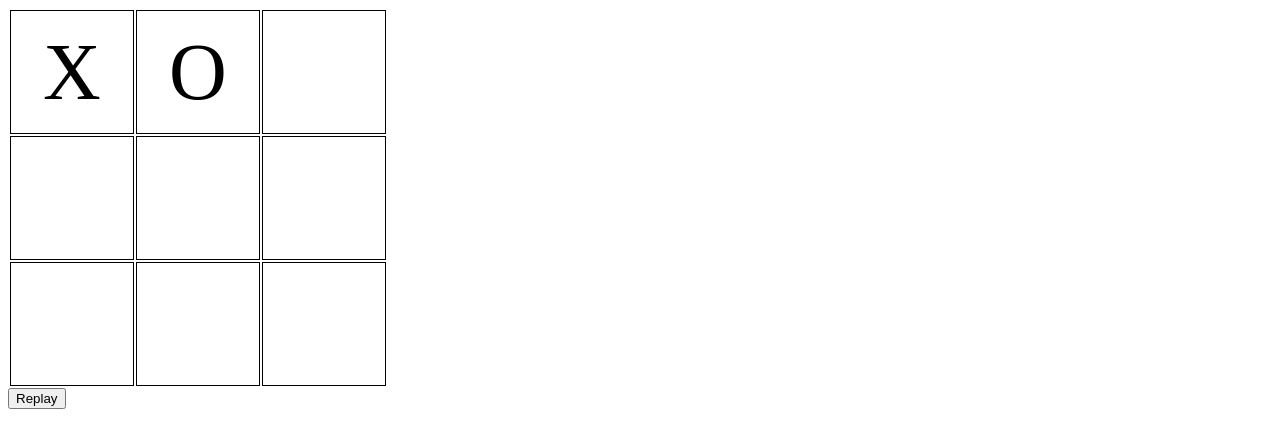
Repository: pifls/opd-projekty
Page: min-max/index.html
The author's editor kept a copy of each file at every save. The page is drawn from the files as they stood at one save, then again after the next save.
The browser window is 1280 px wide. The pictures show the whole page.
After loading, the first visible `#\30` was clicked once.

Above is the page before, as saved 2019-01-16 14:20:52.

After the next save:
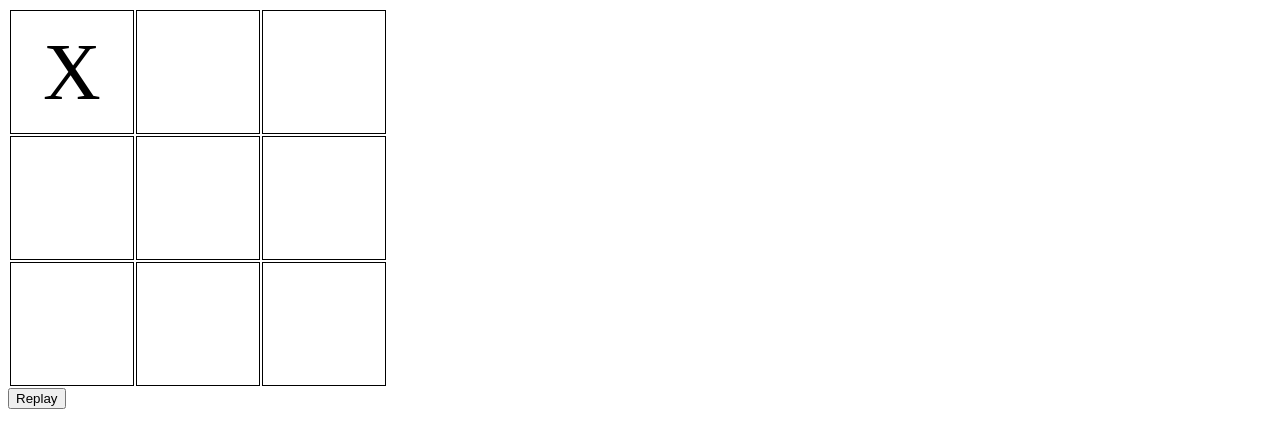
Console error: ReferenceError: check is not defined
Saved 30 s later.
--- a/min-max/min-max.js
+++ b/min-max/min-max.js
@@ -28,7 +28,7 @@
 function moveClick(cell) {
 	if (typeof mainBoard[cell.target.id] == 'number') {
 		move(cell.target.id, player)
-		if (!checkWin(mainBoard, player) && !checkDraw()) move(bestSpot(), computer);
+		if (!checkWin(mainBoard, player) && !check()) move(bestSpot(), computer);
 	}
 }
 
@@ -37,14 +37,14 @@
 	let plays = board.reduce((a, e, i) =>
 		(e === opponent) ? a.concat(i) : a, []);
 		//console.log(plays);
-	let win = null;
+	let gameWon = null;
 	for (let [index, win] of winners.entries()) {
 		if (win.every(elem => plays.indexOf(elem) > -1)) {
-			win = {index: index, opponent: opponent};
+			gameWon = {index: index, opponent: opponent};
 			break;
 		}
 	}
-	return win;
+	return gameWon;
 }
 
 function checkDraw() {

After the save that followed:
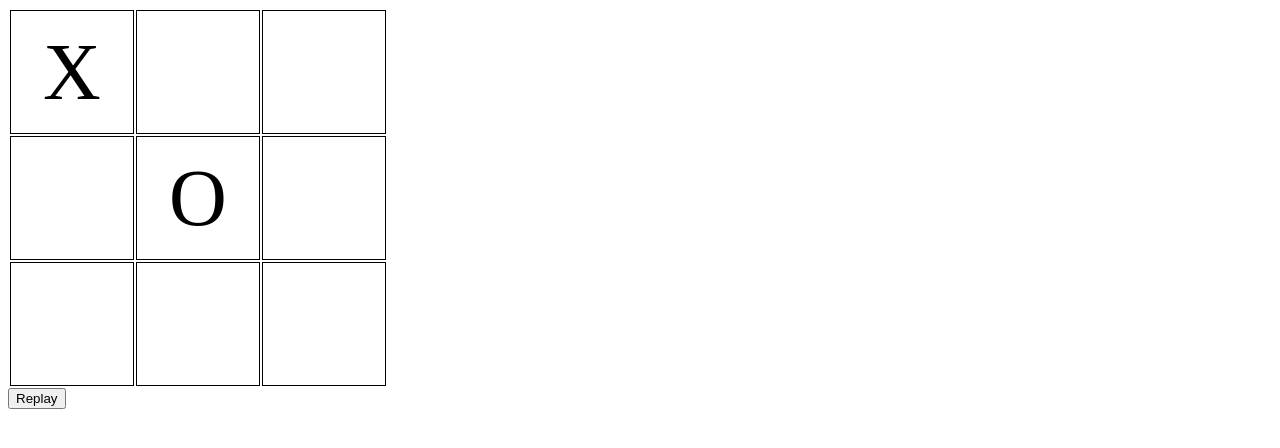
The error is gone.
Saved 12 s later.
--- a/min-max/min-max.js
+++ b/min-max/min-max.js
@@ -28,7 +28,7 @@
 function moveClick(cell) {
 	if (typeof mainBoard[cell.target.id] == 'number') {
 		move(cell.target.id, player)
-		if (!checkWin(mainBoard, player) && !check()) move(bestSpot(), computer);
+		if (!checkWin(mainBoard, player) && !checkDraw()) move(bestSpot(), computer);
 	}
 }
 
